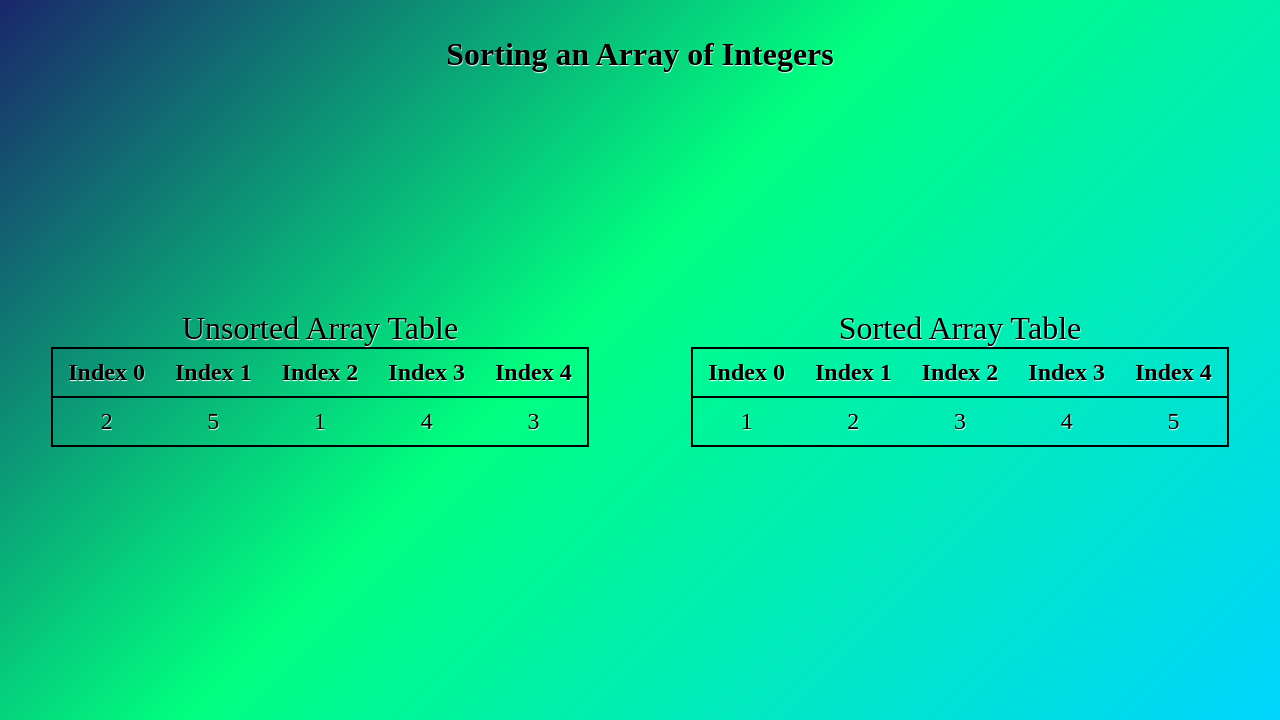
Repository: mlmEFSC21/P16-Sorting-Integers
Page: sort.html
An editor plug-in stored every save of this project. The page is shown before and after the next save, followed by the edit.
The browser window is 1280 px wide. The pictures show the whole page.

Above is the page before, as saved 2022-03-24 19:17:19.

After the next save:
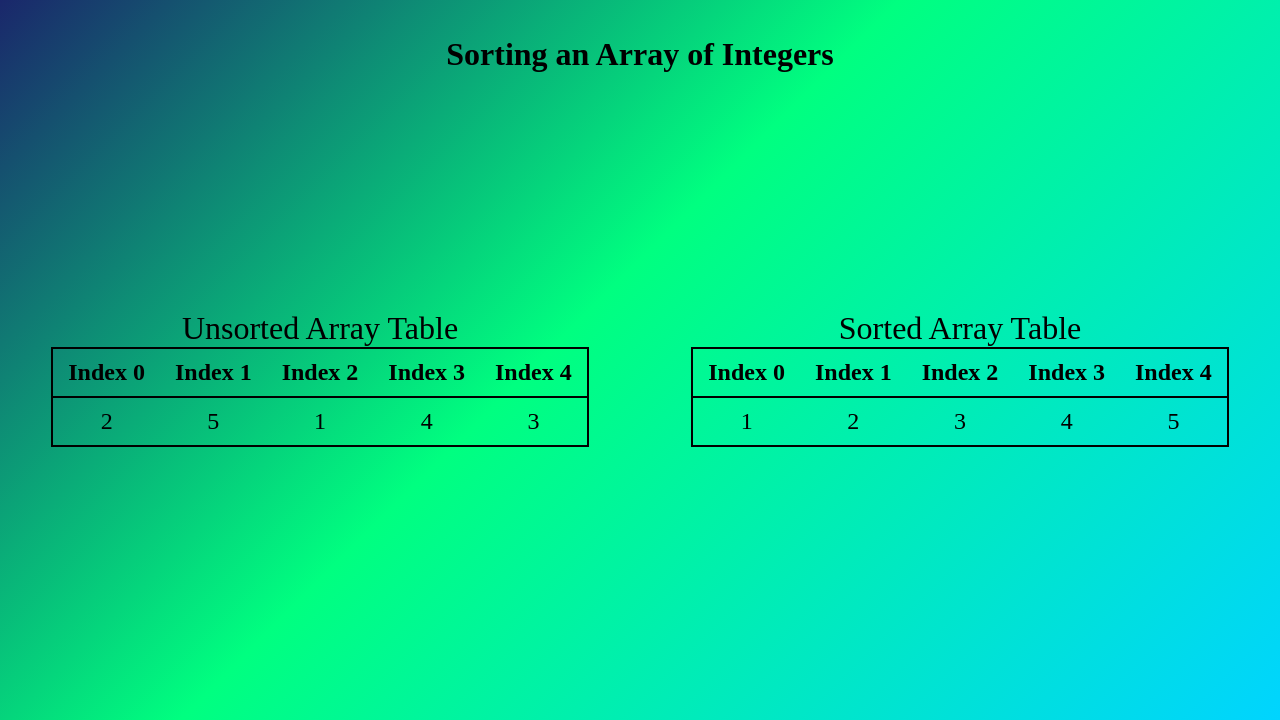
Saved 18 s later.
--- a/sort.css
+++ b/sort.css
@@ -14,7 +14,7 @@
 }
 body {
     font-size: 0.875;
-    text-shadow: 0.5px 0.5px 1px white;
+
     background-color: var(--clr-background);
     background-repeat: no-repeat;
     background-size: cover;

After the save that followed:
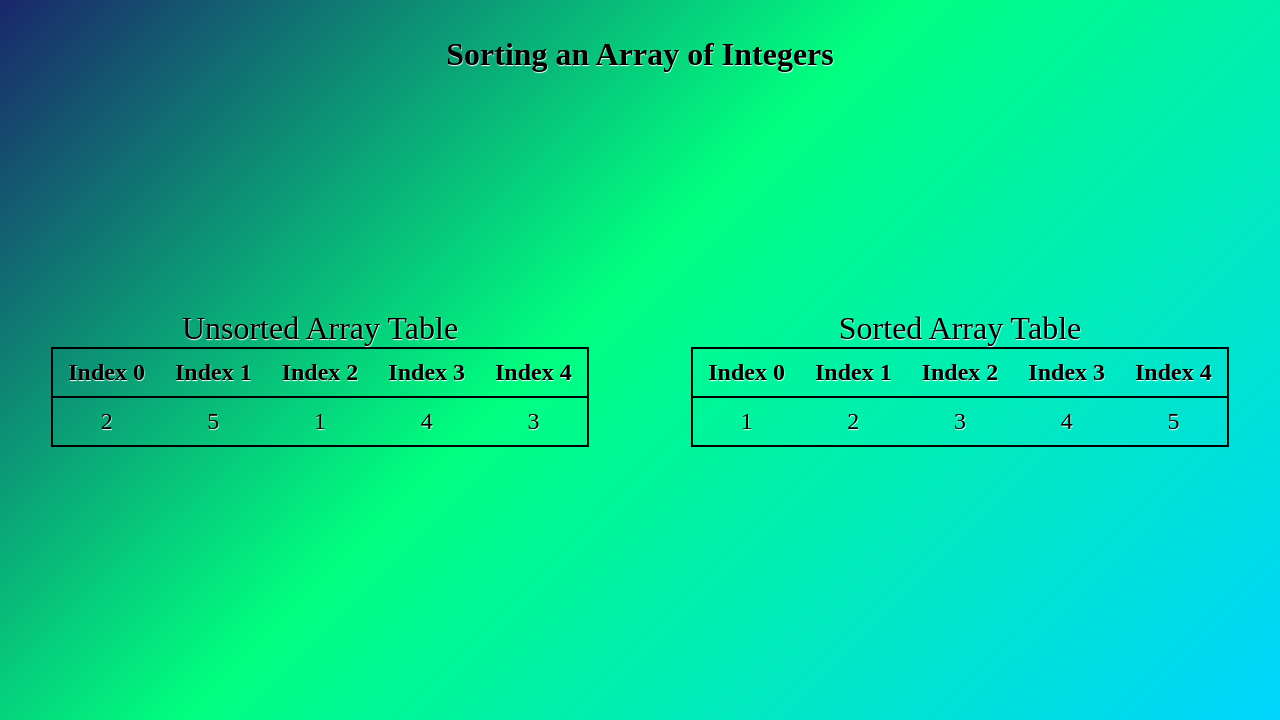
Saved 26 s later.
--- a/sort.css
+++ b/sort.css
@@ -14,7 +14,7 @@
 }
 body {
     font-size: 0.875;
-
+    text-shadow: 0.5px 0.5px 1px white;
     background-color: var(--clr-background);
     background-repeat: no-repeat;
     background-size: cover;
